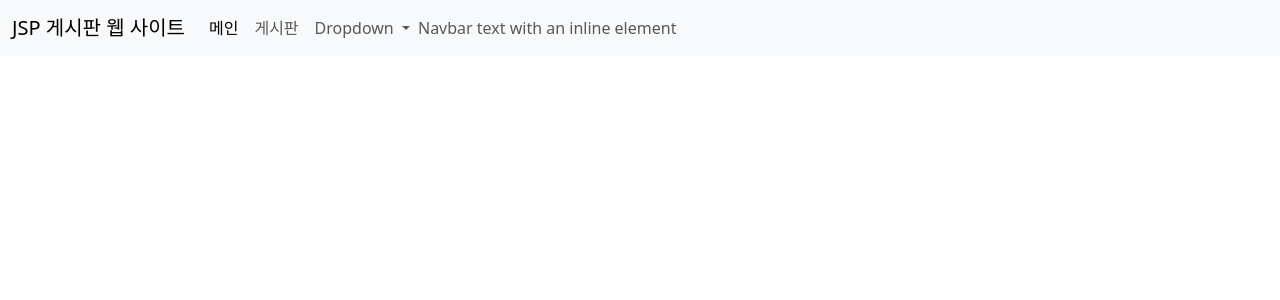
Repository: jeongjimin0/Jeongjimin
Page: http://localhost/WebTest/login.jsp
These files come from the project's save history. The page is drawn as it stood at one moment and after the next save; the edit follows.
The browser window is 1280 px wide. The pictures show the whole page.
The page is served by Tomcat 9. Other server files are loaded and not shown.

Above is the page before, as saved 2023-02-27 14:11:03.

### projects/WebTest/src/main/webapp/login.jsp
<%@ page language="java" contentType="text/html; charset=UTF-8"
    pageEncoding="UTF-8"%>
<!DOCTYPE html>
<html>
<head>
<meta charset="UTF-8">
<meta name="viewport" content="width=device-width", initial-scale="1">
<link rel="stylesheet" href="css/bootstrap.css">
<title>JSP 게시판 웹 사이트</title>
</head>
<body>
<nav class="navbar navbar-expand-lg bg-body-tertiary">
  <div class="container-fluid">
    <a class="navbar-brand">JSP 게시판 웹 사이트</a>
    <div class="collapse navbar-collapse" id="navbarSupportedContent">
      <ul class="navbar-nav me-auto mb-2 mb-lg-0">
        <li class="nav-item">
          <a class="nav-link active" aria-current="page" href="#">메인</a>
        </li>
        <li class="nav-item">
          <a class="nav-link" href="#">게시판</a>
        </li>

        <ul class="nav navbar-nav navbar-right">
        <li class="nav-item dropdown">
          <a class="nav-link dropdown-toggle" href="#" role="button" data-bs-toggle="dropdown" aria-expanded="false">
            Dropdown
          </a>
          <div class="nav navbar-nav navbar-right">
          <ul class="dropdown-menu">
            <li><a class="dropdown-item" href="#">Action</a></li>
            <li><a class="dropdown-item" href="#">Another action</a></li>
            <li><hr class="dropdown-divider"></li>
            <li><a class="dropdown-item" href="#">Something else here</a></li>
          </ul>
        </li>
      </ul>

      <span class="navbar-text">
        Navbar text with an inline element
      </span>





    </div>
    </div>
</nav>

<script src="https://cdn.jsdelivr.net/npm/bootstrap@5.3.0-alpha1/dist/js/bootstrap.bundle.min.js" integrity="sha384-w76AqPfDkMBDXo30jS1Sgez6pr3x5MlQ1ZAGC+nuZB+EYdgRZgiwxhTBTkF7CXvN" crossorigin="anonymous"></script>
</body>
</html>

Loaded but not shown: projects/WebTest/src/main/webapp/css/bootstrap.css (library)

After the next save:
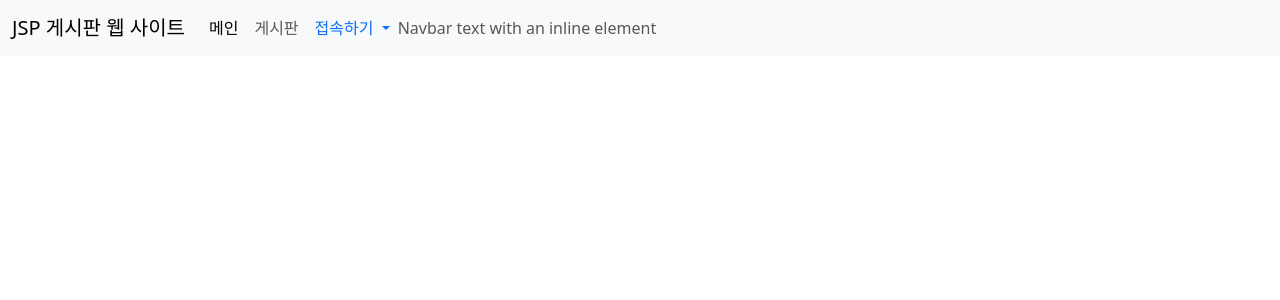
Saved 2 min 3 s later.
--- a/projects/WebTest/src/main/webapp/login.jsp
+++ b/projects/WebTest/src/main/webapp/login.jsp
@@ -21,10 +21,10 @@
           <a class="nav-link" href="#">게시판</a>
         </li>
 
-        <ul class="nav navbar-nav navbar-right">
+        <ul class="nav justify-content-end">
         <li class="nav-item dropdown">
           <a class="nav-link dropdown-toggle" href="#" role="button" data-bs-toggle="dropdown" aria-expanded="false">
-            Dropdown
+            접속하기
           </a>
           <div class="nav navbar-nav navbar-right">
           <ul class="dropdown-menu">
